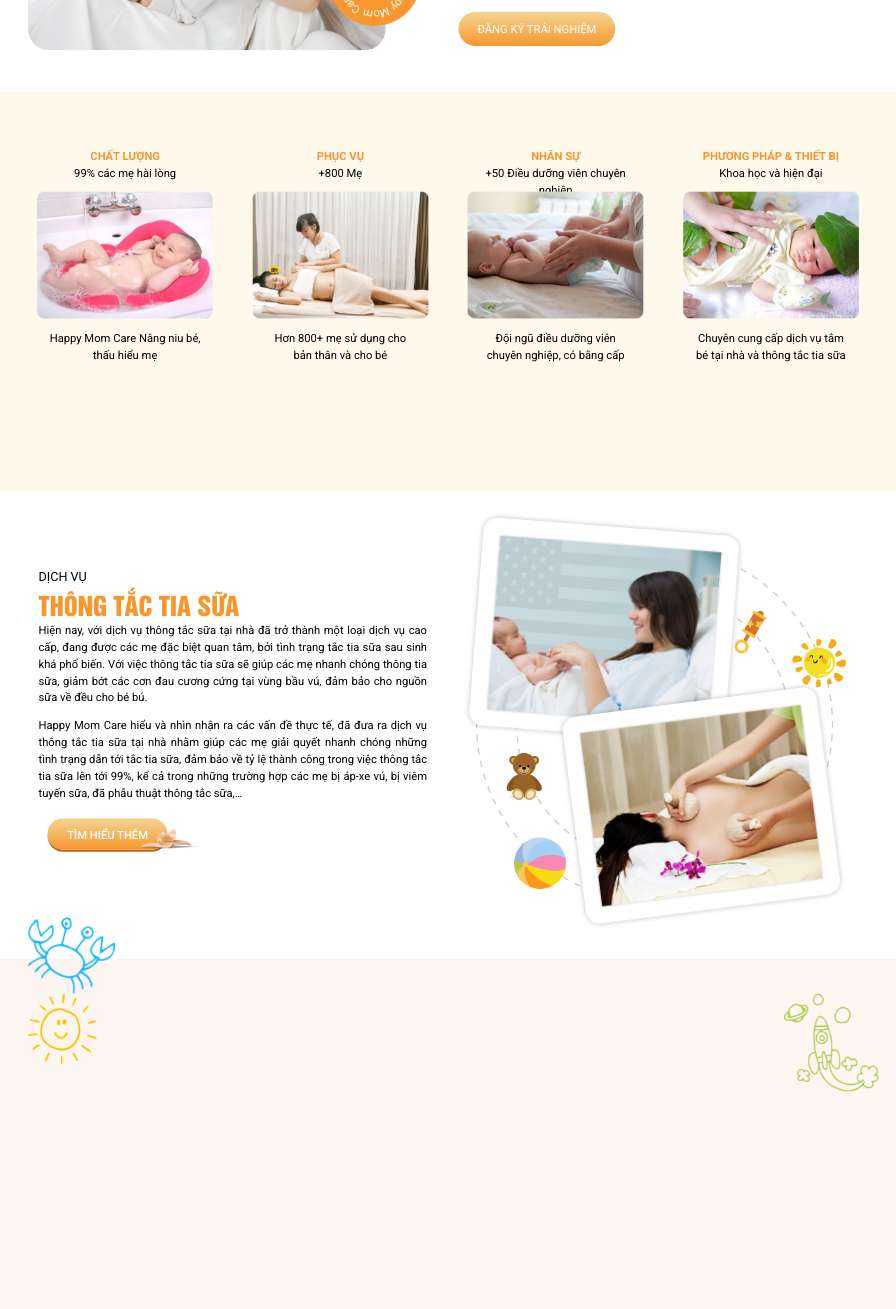
Repository: haianh12082001/happymom
Page: index.html
These files come from the project's save history. The page is drawn as it stood at one moment and after the next save; the edit follows.
The browser window is 1280 px wide. The pictures show the part of the page from y = 1537 to 3457 px (the page is 3407 px tall before and 3457 px after), at 70% of full size.
Some web libraries are served in a nearby version. The style sheet was rebuilt from its Sass, Less or Tailwind sources for each picture, by a compiler version that may differ from the author's.

Above is the page before, as saved 2021-11-16 10:53:21.

### index.html
<!DOCTYPE html>
<html lang="en">
    <head>
        <meta charset="UTF-8" />
        <meta http-equiv="X-UA-Compatible" content="IE=edge" />
        <meta name="viewport" content="width=device-width, initial-scale=1.0" />
        <title>Document</title>
        <link href="https://fonts.googleapis.com/css2?family=Roboto:wght@300;400;500;700;900&display=swap" rel="stylesheet" />
        <link rel="stylesheet" href="./assets/fonts/fontawesome-free-5.15.3/css/all.min.css" />
        <link
            rel="stylesheet"
            href="https://cdn.jsdelivr.net/npm/bootstrap@4.6.0/dist/css/bootstrap.min.css"
            integrity="sha384-B0vP5xmATw1+K9KRQjQERJvTumQW0nPEzvF6L/Z6nronJ3oUOFUFpCjEUQouq2+l"
            crossorigin="anonymous"
        />
        <link rel="stylesheet" href="./assets/css/app.css" />
    </head>
    <body>
        <div class="topbar">
            <div class="topbar__container container">
                <div class="topbar__logo">
                    <img src="./assets/img/logo.png" alt="" />
                </div>
                <div class="topbar__openTime">
                    <div class="openTime__text">Giờ mở cửa</div>
                    <div class="openTime__time">8h00 - 16h00</div>
                </div>
                <div class="topbar__seach">
                    <input type="text" name="" id="" placeholder="Tìm kiếm" />
                    <button class="button__seach">
                        <i class="fas fa-search r"></i>
                    </button>
                </div>
                <div class="topbar__hotline">
                    <div class="hotline__icon">
                        <img src="./assets/img/icon__phone.png" alt="" />
                    </div>
                    <div class="hotline__text">
                        <p class="hotline__text--top">Hotline:</p>
                        <p class="hotline__text--bottom">0944 430 977</p>
                    </div>
                </div>
                <div class="topbar__book">
                    <div class="book__icon">
                        <i class="fas fa-calendar-alt"></i>
                    </div>
                    <p class="book__text">Đặt lịch hẹn</p>
                </div>
            </div>
        </div>
        <header class="header">
            <div class="header__container container">
                <ul class="header__list">
                    <li class="header__item">
                        <a href="#" class="header__link">Trang chủ</a>
                    </li>
                    <li class="header__item">
                        <a href="#" class="header__link">Giới thiệu</a>
                    </li>
                    <li class="header__item">
                        <a href="#" class="header__link">Dịch vụ</a>
                    </li>
                    <li class="header__item">
                        <a href="#" class="header__link">Khoá học</a>
                    </li>
                    <li class="header__item">
                        <a href="#" class="header__link">Hệ thống đại lý</a>
                    </li>
                    <li class="header__item">
                        <a href="#" class="header__link">Tin tức</a>
                    </li>
                    <li class="header__item">
                        <a href="#" class="header__link">Liên hệ</a>
                    </li>
                </ul>
                <ul class="header__social">
                    <li>
                        <a href="#">
                            <i class="fab fa-facebook-f"></i>
                        </a>
                    </li>
                    <li>
                        <a href="#">
                            <i class="fab fa-twitter"></i>
                        </a>
                    </li>
                    <li>
                        <a href="#">
                            <i class="fab fa-google-plus-g"></i>
                        </a>
                    </li>
                    <li>
                        <a href="#">
                            <i class="fab fa-skype"></i>
                        </a>
                    </li>
                </ul>
            </div>
        </header>
        <section class="banner">
            <div class="banner__content">
                <div class="banner__img">
                    <img src="./assets/img/banner/Rectangle 28.png" alt="" />
                </div>
                <!-- <div class="banner__phone">
                    <div class="icon">
                        <i class="fas fa-phone-alt"></i>
                    </div>
                    <div class="text">0944 430 977</div>
                </div> -->
            </div>
        </section>
        <section class="bannerAdv">
            <div class="bannerAdv__container container">
                <div class="row">
                    <div class="bannerAdv__item col-lg-3">
                        <div class="bannerAdv__item--top">
                            <div class="text">01</div>
                            <img src="./assets/img/bannerAdv/pngwing 6.png" alt="" />
                        </div>
                        <div class="bannerAdv__item--bottom">
                            <div class="name">Uy tín</div>
                            <p class="des">Happy Mom Care với hệ thống hơn 50 Spa tại Việt Nam luôn sẵn sàng phục vụ khách hàng</p>
                        </div>
                    </div>
                    <div class="bannerAdv__item col-lg-3">
                        <div class="bannerAdv__item--top">
                            <div class="text">02</div>
                            <img src="./assets/img/bannerAdv/pngwing 8.png" alt="" />
                        </div>
                        <div class="bannerAdv__item--bottom">
                            <div class="name">Chuyên nghiệm</div>
                            <p class="des">Dịch vụ Spa mẹ và bé tại Happy Mom Care có hệ thống trang thiết bị chuyên nghiệp</p>
                        </div>
                    </div>
                    <div class="bannerAdv__item col-lg-3">
                        <div class="bannerAdv__item--top">
                            <div class="text">03</div>
                            <img src="./assets/img/bannerAdv/pngwing 9.png" alt="" />
                        </div>
                        <div class="bannerAdv__item--bottom">
                            <div class="name">An toàn</div>
                            <p class="des">Đúng quy trình chuẩn y khoa và sử dụng công nghệ cao trong Spa mang đến cho bạn những giải pháp an toàn nhất</p>
                        </div>
                    </div>
                    <div class="bannerAdv__item col-lg-3">
                        <div class="bannerAdv__item--top">
                            <div class="text">04</div>
                            <img src="./assets/img/bannerAdv/pngwing 10.png" alt="" />
                        </div>
                        <div class="bannerAdv__item--bottom">
                            <div class="name">Chất lượng</div>
                            <p class="des">Đội ngũ nhân viên chuyên nghiệp, có nhiều kinh nghiệm trong lĩnh vực Spa</p>
                        </div>
                    </div>
                </div>
            </div>
        </section>
        <section class="introduce">
            <div class="introduce__container container">
                <div class="row">
                    <div class="col-lg-6">
                        <div class="introduce__img">
                            <img src="./assets/img/Rectangle 33.png" alt="" />
                        </div>
                    </div>
                    <div class="col-lg-6">
                        <div class="introduce__heading">Về chúng tôi</div>
                        <div class="introduce__name">Happy mom care</div>
                        <div class="introduce__address">
                            <div class="introduce__address--img">
                                <img src="./assets/img/Ellipse 29.png" alt="" />
                            </div>
                            <div class="introduce__address--text">
                                <p>Spa Happy Mom Care</p>
                                <span>Số 8 Ngõ 21, Phố Việt Hưng, Long Biên, Hà Nội</span>
                            </div>
                        </div>
                        <div class="introduce__text">
                            <p>
                                Với hơn 30+ điều dưỡng viên có bằng cấp và kinh nghiệm lâu năm, Happy Mom Care mong muốn được phục vụ cho mẹ và bé khắp các quận
                                trong Hà Nội. Bao gồm các dịch vụ:
                            </p>
                            <ul class="text__list">
                                <li>Dịch vụ tắm cho trẻ sơ sinh tại nhà</li>
                                <li>Dịch vụ chăm sóc mẹ sau sinh tại nhà</li>
                                <li>Dịch vụ thông tắc tia sữa</li>
                            </ul>
                        </div>
                        <div class="introduce__btn">
                            <a href="">Đăng ký trải nghiệm</a>
                        </div>
                    </div>
                </div>
            </div>
        </section>
        <section class="blog">
            <div class="blog__container container">
                <div class="row">
                    <div class="blog__item col-lg-3">
                        <div class="blog__name">Chất lượng</div>
                        <div class="blog__subname">99% các mẹ hài lòng</div>
                        <div class="blog__img">
                            <img src="./assets/img/blog/Rectangle 35 (3).png" alt="" />
                        </div>
                        <div class="blog__des">Happy Mom Care Nâng niu bé, thấu hiểu mẹ</div>
                        <div class="blog__btn btn">
                            <a href="">Tìm hiểu thêm</a>
                            <img class="blog__btn--img" src="./assets/img/blog/plant 1.png" alt="" />
                        </div>
                    </div>
                    <div class="blog__item col-lg-3">
                        <div class="blog__name">Phục vụ</div>
                        <div class="blog__subname">+800 Mẹ</div>
                        <div class="blog__img">
                            <img src="./assets/img/blog/Rectangle 35 (4).png" alt="" />
                        </div>
                        <div class="blog__des">Hơn 800+ mẹ sử dụng cho bản thân và cho bé</div>
                        <div class="blog__btn btn">
                            <a href="">Tìm hiểu thêm</a>
                            <img class="blog__btn--img" src="./assets/img/blog/plant 1.png" alt="" />
                        </div>
                    </div>
                    <div class="blog__item col-lg-3">
                        <div class="blog__name">Nhân sự</div>
                        <div class="blog__subname">+50 Điều dưỡng viên chuyên nghiệp</div>
                        <div class="blog__img">
                            <img src="./assets/img/blog/Rectangle 35 (5).png" alt="" />
                        </div>
                        <div class="blog__des">Đội ngũ điều dưỡng viên chuyên nghiệp, có bằng cấp</div>
                        <div class="blog__btn btn">
                            <a href="">Tìm hiểu thêm</a>
                            <img class="blog__btn--img" src="./assets/img/blog/plant 1.png" alt="" />
                        </div>
                    </div>
                    <div class="blog__item col-lg-3">
                        <div class="blog__name">PHƯƠNG PHÁP & THIẾT BỊ</div>
                        <div class="blog__subname">Khoa học và hiện đại</div>
                        <div class="blog__img">
                            <img src="./assets/img/blog/Rectangle 35 (6).png" alt="" />
                        </div>
                        <div class="blog__des">Chuyên cung cấp dịch vụ tắm bé tại nhà và thông tắc tia sữa</div>
                        <div class="blog__btn btn">
                            <a href="">Tìm hiểu thêm</a>
                            <img class="blog__btn--img" src="./assets/img/blog/plant 1.png" alt="" />
                        </div>
                    </div>
                </div>
            </div>
        </section>
        <section class="serviceOne">
            <div class="serviceOne__container container">
                <div class="row">
                    <div class="col-lg-6 serviceOne__left">
                        <div class="service__title">Dịch vụ</div>
                        <div class="service__name">Thông tắc tia sữa</div>
                        <div class="service__text">
                            <p>
                                Hiện nay, với dịch vụ thông tắc sữa tại nhà đã trở thành một loại dịch vụ cao cấp, đang được các mẹ đặc biệt quan tâm, bởi tình
                                trạng tắc tia sữa sau sinh khá phổ biến. Với việc thông tắc tia sữa sẽ giúp các mẹ nhanh chóng thông tia sữa, giảm bớt các cơn
                                đau cương cứng tại vùng bầu vú, đảm bảo cho nguồn sữa về đều cho bé bú.
                            </p>
                            <p>
                                Happy Mom Care hiểu và nhìn nhận ra các vấn đề thực tế, đã đưa ra dịch vụ thông tắc tia sữa tại nhà nhằm giúp các mẹ giải quyết
                                nhanh chóng những tình trạng dẫn tới tắc tia sữa, đảm bảo về tỷ lệ thành công trong việc thông tắc tia sữa lên tới 99%, kể cả
                                trong những trường hợp các mẹ bị áp-xe vú, bị viêm tuyến sữa, đã phẫu thuật thông tắc sữa,…
                            </p>
                        </div>
                        <div class="service__btn btn">
                            <a href="">Tìm hiểu thêm</a>
                            <img class="service__btn--img" src="./assets/img/blog/plant 1.png" alt="" />
                        </div>
                    </div>
                    <div class="col-lg-6 serviceOne__right">
                        <div class="bigCircle__img">
                            <img src="./assets/img/serviceOne/Group 392.png" alt="" />
                        </div>
                        <div class="serviceOne__img--top">
                            <img src="./assets/img/serviceOne/Rectangle 37 (1).png" alt="" />
                        </div>
                        <div class="serviceOne__img--bottom">
                            <img src="./assets/img/serviceOne/Rectangle 38 (1).png" alt="" />
                        </div>
                    </div>
                </div>
            </div>
        </section>
        <section class="serviceTwo">
            <div class="serviceTwo__container container">
                <img class="serviceTwo__bg--img1" src="./assets/img/serviceTwo/image-home-2 1.png" alt="" />
                <img class="serviceTwo__bg--img2" src="./assets/img/serviceTwo/image-home-1 1.png" alt="" />
                <img class="serviceTwo__bg--img3" src="./assets/img/serviceTwo/image-home-3 1.png" alt="" />
                <div class="row">
                    <div class="serviceTwo__initial col-lg-4"></div>
                    <div class="serviceTwo__middle col-lg-4"></div>
                    <div class="serviceTwo__end col-lg-4"></div>
                </div>
            </div>
        </section>
        <script type="text/javascript" src="https://code.jquery.com/jquery-1.11.0.min.js"></script>
        <script type="text/javascript" src="https://code.jquery.com/jquery-migrate-1.2.1.min.js"></script>
        <script
            src="https://cdnjs.cloudflare.com/ajax/libs/bootstrap/4.6.0/js/bootstrap.min.js"
            integrity="sha512-XKa9Hemdy1Ui3KSGgJdgMyYlUg1gM+QhL6cnlyTe2qzMCYm4nAZ1PsVerQzTTXzonUR+dmswHqgJPuwCq1MaAg=="
            crossorigin="anonymous"
            referrerpolicy="no-referrer"
        ></script>
        <script type="text/javascript" src="https://cdn.jsdelivr.net/npm/slick-carousel@1.8.1/slick/slick.min.js"></script>
        <script src="./assets/js/main.js"></script>
    </body>
</html>

### assets/sass/app.scss
@import "variables";
@import "reset";
@import "global";
@import "topbar";
@import "header";
@import "banner";
@import "bannerAdv";
@import "introduce";
@import "blog";
@import "service";

### assets/sass/_variables.scss
$font-family: "Roboto", sans-serif;
$color-global: #f8972e;
$text-color: #000000;

### assets/sass/_reset.scss
html {
    box-sizing: border-box;
    scroll-behavior: smooth;
}
* {
    margin: 0;
    padding: 0;
}
*,
*:before,
*:after {
    box-sizing: border-box;
}
input,
textarea,
select,
button {
    outline: none;
}
input {
    line-height: normal;
    outline: none;
    box-shadow: none;
}
input:focus {
    outline: 0;
    border: none;
    box-shadow: none;
}
ul,
li {
    margin: 0;
    padding: 0;
    list-style: none;
}
label,
button {
    cursor: pointer;
}
a {
    text-decoration: none;
    &:hover {
        text-decoration: none;
    }
}
img {
    display: block;
    max-width: 100%;
}

### assets/sass/_global.scss
@font-face {
    font-family: "UTM";
    font-display: swap;
    src: url("../fonts/word/UTM\ HelvetIns.ttf") format("truetype");
}
@font-face {
    font-family: "Time";
    font-display: swap;
    src: url("../fonts/word/timesbd.ttf") format("truetype");
}
body {
    font-family: $font-family;
    margin: 0;
    padding: 0;
    width: 100%;
    font-size: 16px;
    color: $text-color;
}
.container {
    max-width: 1230px;
    margin: 0 auto;
    padding: 0 15px;
}

### assets/sass/_header.scss
.header {
    // height: 59px;
    background: $color-global;
    &__container {
        display: flex;
        justify-content: space-between;
        align-items: center;
    }
    &__list {
        display: flex;
        justify-content: space-between;
        text-transform: uppercase;
        align-items: center;
        // column-gap: 66px;
    }
    &__item {
        margin-left: 66px;
        padding: 16px 0;
        &:first-child {
            margin-left: 0;
        }
    }
    &__link {
        color: #fff;
        font-weight: 500;
    }
    &__social {
        display: flex;
        align-items: center;
        li {
            width: 31px;
            height: 31px;
            background: #fff;
            border-radius: 50%;
            margin-left: 8px;
            i {
                display: flex;
                height: 100%;
                justify-content: center;
                align-items: center;
            }
        }
    }
}

### assets/sass/_banner.scss
.banner {
    position: relative;
    &__img img {
        width: 100%;
        max-height: 598px;
    }
    &__phone {
        color: #845522;
        display: flex;
        .text {
            font-family: "UTM";
        }
    }
}

### assets/sass/_bannerAdv.scss
.bannerAdv {
    background: #fff9ec;
    padding: 25px 0 60px;
    &__container {
    }
    &__item {
        padding: 0px 46px;
        display: flex;
        flex-direction: column;
        align-items: center;
        &--top {
            position: relative;
            display: inline-block;
            max-width: 180px;
            height: 207px;

            .text {
                color: #ffd7ab;
                font-size: 180px;
                font-weight: 700;
                font-family: "Time";
                line-height: 206px;
            }
            img {
                position: absolute;
                bottom: 10px;
                left: 50%;
                transform: translateX(-50%);
            }
        }
        &--bottom {
            text-align: center;
            .name {
                color: #845522;
                margin-bottom: 9px;
                font-weight: 900;
            }
        }
    }
}

### assets/sass/_blog.scss
.blog {
    padding-top: 40px;
    padding-bottom: 60px;
    background: #fff9ec;
    &__item {
        padding: 40px 28px 55px 28px;
    }
    &__name {
        text-align: center;
        text-transform: uppercase;
        color: $color-global;
        font-weight: 700;
    }
    &__subname {
        text-align: center;
        // margin-bottom: 13px;
        height: 38px;
    }
    &__des {
        text-align: center;
        padding: 17px;
        display: -webkit-box;
        -webkit-line-clamp: 2;
        -webkit-box-orient: vertical;
        overflow: hidden;
        text-overflow: ellipsis;
        word-break: break-word;
        // height: 59px;
    }
    &__btn {
        text-align: center;
        margin-top: 10px;
        position: relative;
        display: inherit;
        visibility: hidden;
        a {
            padding: 15px 28px 11px 28px;
            background: linear-gradient(180deg, #f4d593 0%, #f8972e 100%);
            border-radius: 50px;
            text-transform: uppercase;
            color: #fff;
            font-weight: 500;
            box-shadow: 0 3px 0px rgba($color: #c2611c, $alpha: 1);
        }
        &--img {
            position: absolute;
            bottom: 0;
            right: 0;
            transform: translateX(25%);
        }
    }
    &__item:hover {
        box-shadow: 0px 0px 20px rgba(239, 206, 168, 0.5);
        border-radius: 20px;
        .blog__btn {
            visibility: initial;
        }
    }
}

Loaded but not shown: assets/fonts/fontawesome-free-5.15.3/css/all.min.css (library); assets/sass/_introduce.scss (117 lines, source omitted); assets/sass/_topbar.scss (95 lines, source omitted); assets/sass/_service.scss (98 lines, source omitted); assets/js/main.js (no copy from this time; the picture is the same without it)

After the next save:
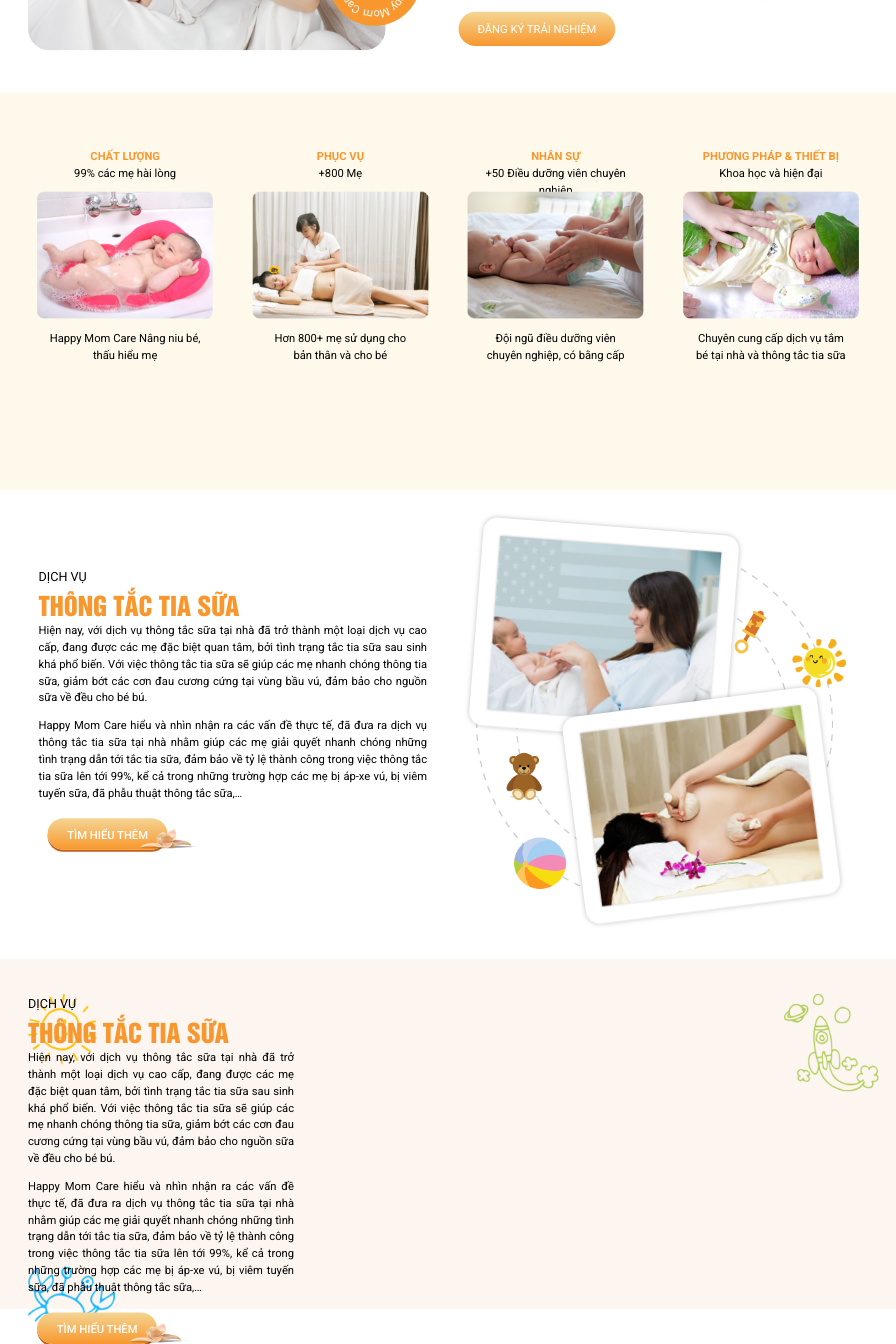
Saved 35 s later.
--- a/index.html
+++ b/index.html
@@ -291,7 +291,26 @@
                 <img class="serviceTwo__bg--img2" src="./assets/img/serviceTwo/image-home-1 1.png" alt="" />
                 <img class="serviceTwo__bg--img3" src="./assets/img/serviceTwo/image-home-3 1.png" alt="" />
                 <div class="row">
-                    <div class="serviceTwo__initial col-lg-4"></div>
+                    <div class="serviceTwo__initial col-lg-4">
+                        <div class="service__title">Dịch vụ</div>
+                        <div class="service__name">Thông tắc tia sữa</div>
+                        <div class="service__text">
+                            <p>
+                                Hiện nay, với dịch vụ thông tắc sữa tại nhà đã trở thành một loại dịch vụ cao cấp, đang được các mẹ đặc biệt quan tâm, bởi tình
+                                trạng tắc tia sữa sau sinh khá phổ biến. Với việc thông tắc tia sữa sẽ giúp các mẹ nhanh chóng thông tia sữa, giảm bớt các cơn
+                                đau cương cứng tại vùng bầu vú, đảm bảo cho nguồn sữa về đều cho bé bú.
+                            </p>
+                            <p>
+                                Happy Mom Care hiểu và nhìn nhận ra các vấn đề thực tế, đã đưa ra dịch vụ thông tắc tia sữa tại nhà nhằm giúp các mẹ giải quyết
+                                nhanh chóng những tình trạng dẫn tới tắc tia sữa, đảm bảo về tỷ lệ thành công trong việc thông tắc tia sữa lên tới 99%, kể cả
+                                trong những trường hợp các mẹ bị áp-xe vú, bị viêm tuyến sữa, đã phẫu thuật thông tắc sữa,…
+                            </p>
+                        </div>
+                        <div class="service__btn btn">
+                            <a href="">Tìm hiểu thêm</a>
+                            <img class="service__btn--img" src="./assets/img/blog/plant 1.png" alt="" />
+                        </div>
+                    </div>
                     <div class="serviceTwo__middle col-lg-4"></div>
                     <div class="serviceTwo__end col-lg-4"></div>
                 </div>
